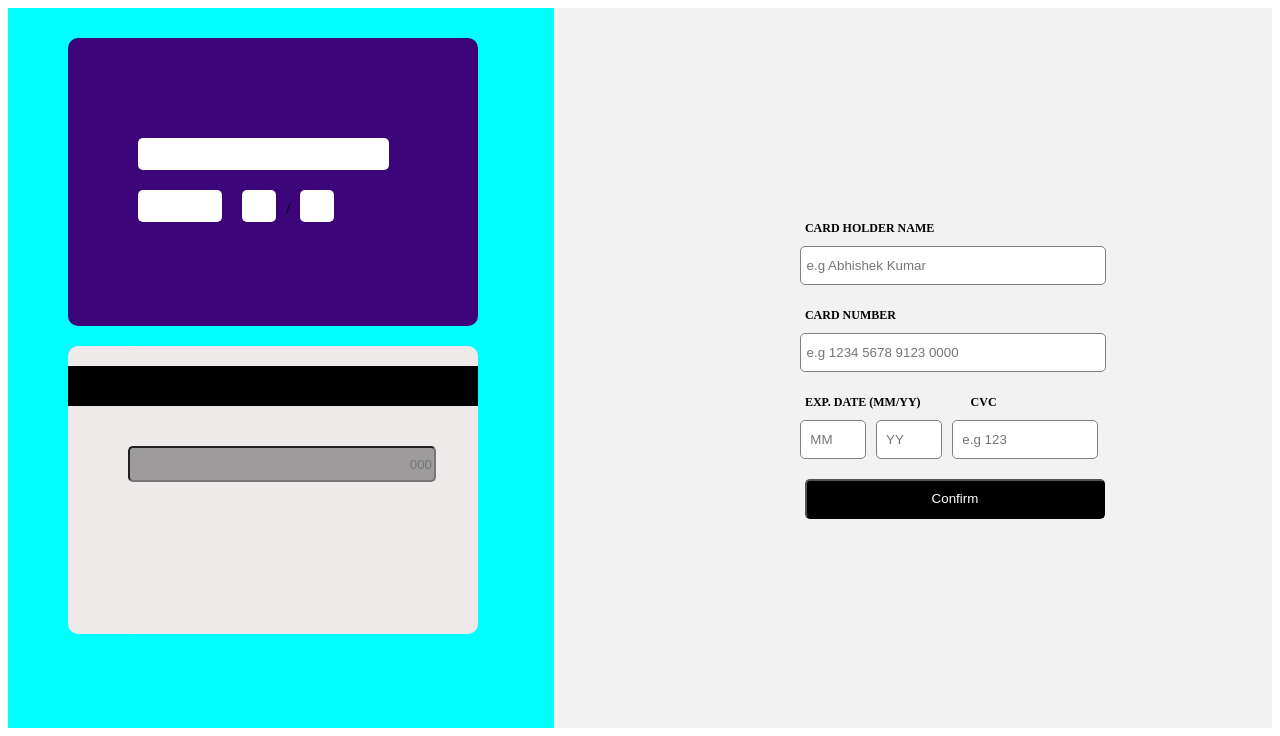
Repository: Abhi2359/frontendchallenge-1
Page: /
The author's editor kept a copy of each file at every save. The page is drawn from the files as they stood at one save, then again after the next save.
The browser window is 1280 px wide. The pictures show the whole page.
The project was rebuilt for these pictures with package versions that can differ from the ones it lists, and the page was loaded fresh each time.

Above is the page before, as saved 2023-02-15 20:36:23.

### src/App.js


import Card1 from "./components/Cards/Card1";
import Layout from "./components/Layout/Layout";


function App() {
  return (
    <div className="App">


      <Layout/>
    {/*


    <Card1/>
    */}

    </div>
  );
}

export default App;

### src/components/Cards/Card1.js
import React from "react";
import style from "./Card1.css";

function Card1({ cardNumber, cardHolderName, expMonth, expYear }) {
  return (
    <>
      <div className="card1">
        <div class="cardinput">
          <div class="_card__number">
            <input type="text" value={cardNumber} readOnly id="input" />
          </div>
          <div class="_card__details">
            <input type="text" value={cardHolderName} readOnly id="input" />
            <div class="expiry">
              <input type="text" value={expMonth} readOnly id="input" />
              <div class="slash">/</div>
              <input type="text" value={expYear} readOnly id="input"/>
            </div>
          </div>
        </div>
      </div>
    </>
  );
}

export default Card1;

### src/components/Layout/Layout.js
import React, { useState } from "react";


import Card1 from "../Cards/Card1";
import Card2 from "../Cards/Card2";
import style from "./layout.css";


function Layout() {
  const [cardHolderName, setCardHolderName] = useState("");
  const [cardNumber, setCardNumber] = useState("");
  const [expMonth, setExpMonth] = useState("");
  const [expYear, setExpYear] = useState("");
  const [cvc, setCvc] = useState("");



  const handleInputChange = (e) => {
    setCardNumber(e.target.value);
  };
  const handleCardHolderName = (e) => {
    setCardHolderName(e.target.value);
  };
  const handleExpMonth = (e) => {
    setExpMonth(e.target.value);
  };
  const handleExpYear = (e) => {
    setExpYear(e.target.value);
  };
  const handleCvc = (e) => {
    setCvc(e.target.value);
  };
  return (
    <>

      <div class="layout">
        <div class="partitions">
          <div class="partition1">
            <div class="card1">
              <Card1
                cardNumber={cardNumber}
                cardHolderName={cardHolderName}
                expMonth={expMonth}
                expYear={expYear}
              />
            </div>
            <div class="card2">
              <Card2 cvc={cvc} />
            </div>
          </div>

          <div class="partition2">

            <form action="" className="Form">
              <label for="Username">CARD HOLDER NAME</label> <br />
              <input
                value={cardHolderName}
                onChange={handleCardHolderName}
                className="card_holder"
                type="text"
                id="username"
                name="username"
                placeholder=" e.g Abhishek Kumar"
              required
              />
              <br />
              <label for="number">CARD NUMBER</label> <br />
              <input
                value={cardNumber}
                onChange={handleInputChange}
                className="card_number"
                pattern="[0-9]{4}-[0-9]{4}-[0-9]{4}"
                type="text"
                id="number"
                name="number"
                placeholder=" e.g 1234 5678 9123 0000"
              required
              />{" "}
              <br />
              <div className="exp_date">
                <label for="number">EXP. DATE (MM/YY)</label>
                <label for="number" className="cvc">
                  CVC
                </label>
                <div className="exp_date_input">
                  <input
                    value={expMonth}
                    onChange={handleExpMonth}
                    type="text"
                    id="number"
                    name="number"
                    placeholder="  MM"
                  required
                    className="number"
                  />
                  <input
                    value={expYear}
                    onChange={handleExpYear}
                    type="text"
                    id="number"
                    name="number"
                    placeholder="  YY"
                    required
                    className="number"
                  />
                  <input
                    value={cvc}
                    onChange={handleCvc}
                    type="text"
                    id="cvc"
                    name="number"
                    placeholder="  e.g 123"
                  required
                    className="number"
                  />
                </div>
                <button className="button">Confirm</button>
              </div>
            </form>

          </div>
        </div>
      </div>


    </>
  );
}

export default Layout;

### src/components/Cards/Card1.css
.card1 {
  background: rgb(60,6,122);

  height: 40vh;
  width: 350px;
  border-radius: 10px;
  margin-left: 10px;

  margin-top: 20px;
}

.card1 input {
  margin: 10px;
}

._card__details {
  display: flex;
  border: none;
  background-color: transparent;
  color: transparent;
  text-shadow: 0 0 0 #000;
}

._card__details input {
  width: 80px;
}

.cardinput {
  margin-top: 30px;
}

.expiry {
  display: flex;
  justify-content: space-between;
}
.expiry input {
  width: 30px;
}

#input {
  border: none;
  /* background-color: transparent; */
  /* color: transparent; */
  text-shadow: 0 0 0 #000;
  border-radius: 5px;
  height: 30px;
}

.slash {
  display: inline-block;
  padding-top: 20px;
}
._card__number input {
  margin-top: 100px;
  font-size: larger;
  max-width: 300px;
}

### src/components/Cards/Card2.js
import React from "react";
import style from "./Card2.css";

function Card2({ cvc }) {
  return (
    <>
      <div className="card2">
        <div class="_card__number2">
          <input
            type="text"
            value={cvc}
            readOnly
            className="card2_input"
            placeholder="000"
          />
        </div>
      </div>
    </>
  );
}

export default Card2;

### src/components/Layout/layout.css
.layout{

    margin: 0;
    padding: 0;
    height: 100vh;
}
.partitions
{
    height: 100%;
display: flex;
flex-wrap: wrap;
flex-direction: row;
justify-content: space-between;
}

.partition1{
   background-color: aqua;

height: 100vh;
flex-grow: 1;
color: white;
width: 40%;

}

.partition2{
background-color: rgb(243, 242, 242);
 height: 100vh;
flex-grow: 8;
display: flex;
align-items: center;
justify-content: center;
}

.Form{
    margin-left: 80px;

}

.Form input{
    margin: 5px;
    height: 35px;
    margin-top: 10px;
    margin-bottom: 20px;

}

.card_holder{
    width: 300px;
    border: 1px solid gray;
    border-radius: 5px;
}
.card_number{
    width: 300px;
    border: 1px solid gray;
    border-radius: 5px;
}
label{
    font-size: 12px;
    font-weight: bold;
    padding-left: 10px;
}



.cvc{
    margin-left: 40px;
}

.number{
    width: 60px;
    border: 1px solid gray;
    border-radius: 5px;
}
#cvc{
    width: 140px;
    border: 1px solid gray;
    border-radius: 5px;
}
.button{
    width: 300px;
    margin-left: 10px;
    background-color: black;

    color: white;
    height: 40px;
    border-radius: 5px;
 }

.partitiion1 ,h1{
margin-left: 100px;
}

.card1{
    margin-top: 20px;
    margin-left: 60px;



}

.card2{
    margin-top: 20px;
    margin-left: 60px;
}

### src/components/Cards/Card2.css
.card2{
    /* background: rgb(60,6,122); */
    background-color: rgb(239, 234, 234);
    /* background: linear-gradient(121deg, rgba(60,6,122,1) 14%, rgba(182,21,151,1) 40%, rgba(83,98,225,1) 78%); */
    height: 40vh;
    width: 350px;
    border-radius: 10px;
    position: relative;

    margin-top: 20px;


}
.card2::before {
    content: "";
    position: absolute;
    /* top: 0;
    left: 0; */
    width: 100%;
    height: 40px;
    background-color: black;
    margin-top: 20px;
  }


._card__number2 input{

    margin-top: 100px;
    height: 30px;
width: 300px;
text-align: end;
b
}


 .card2_input{
    height: 30px;
    width: 100px;
    border-radius: 5px;
    background-color: rgb(157, 155, 155);
    color: white;
}



.strip{
    background-color: black;
   width: 100%;

}

Loaded but not shown: public/index.html (common file); src/index.js (common file)

After the next save:
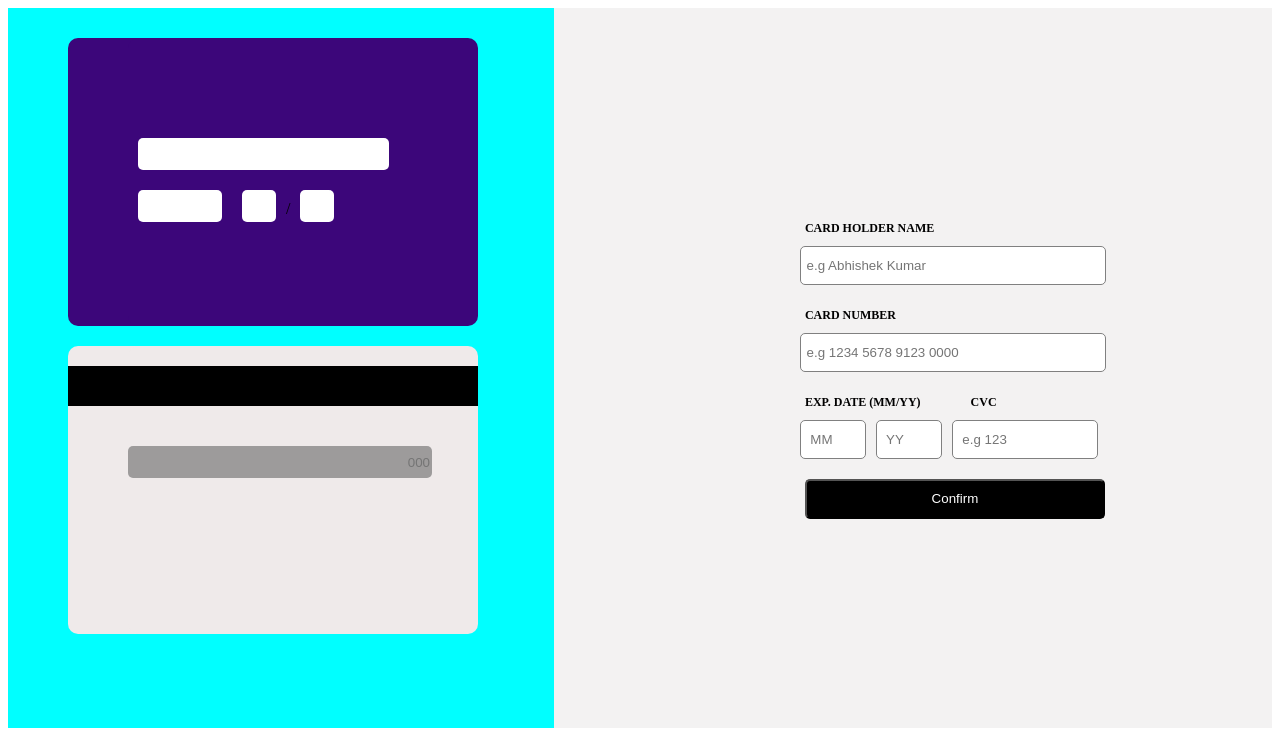
Saved 5 s later.
--- a/src/components/Cards/Card2.css
+++ b/src/components/Cards/Card2.css
@@ -29,7 +29,7 @@
     height: 30px;
 width: 300px;
 text-align: end;
-b
+border: none;
 }
 
 
